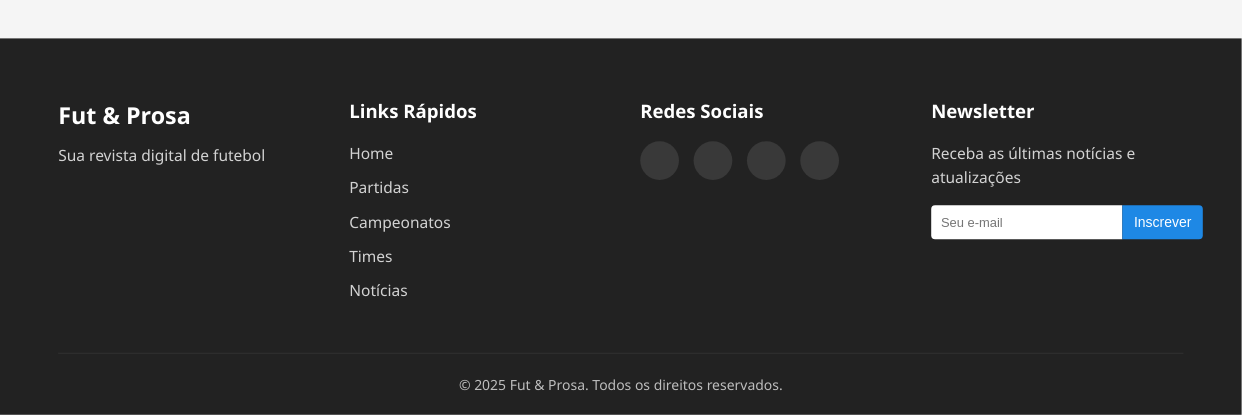
Repository: andreGattermeyer/noticias-futebol-angular
Page: / (app in projeto-fut/)
An editor plug-in stored every save of this project. The page is shown before and after a run of saves, followed by the edit.
The browser window is 1280 px wide. The pictures show the part of the page from y = 580 to 1561 px (the page is 1008 px tall before and 1561 px after), at 97% of full size.
Pictures or frames that could not be fetched are drawn as grey boxes. The project was rebuilt for these pictures with package versions that can differ from the ones it lists, and the page was loaded fresh each time. Also part of the build but not shown: projeto-fut/angular.json.

Above is the page before, as saved 2025-04-09 14:39:55.

After the next 5 saves:
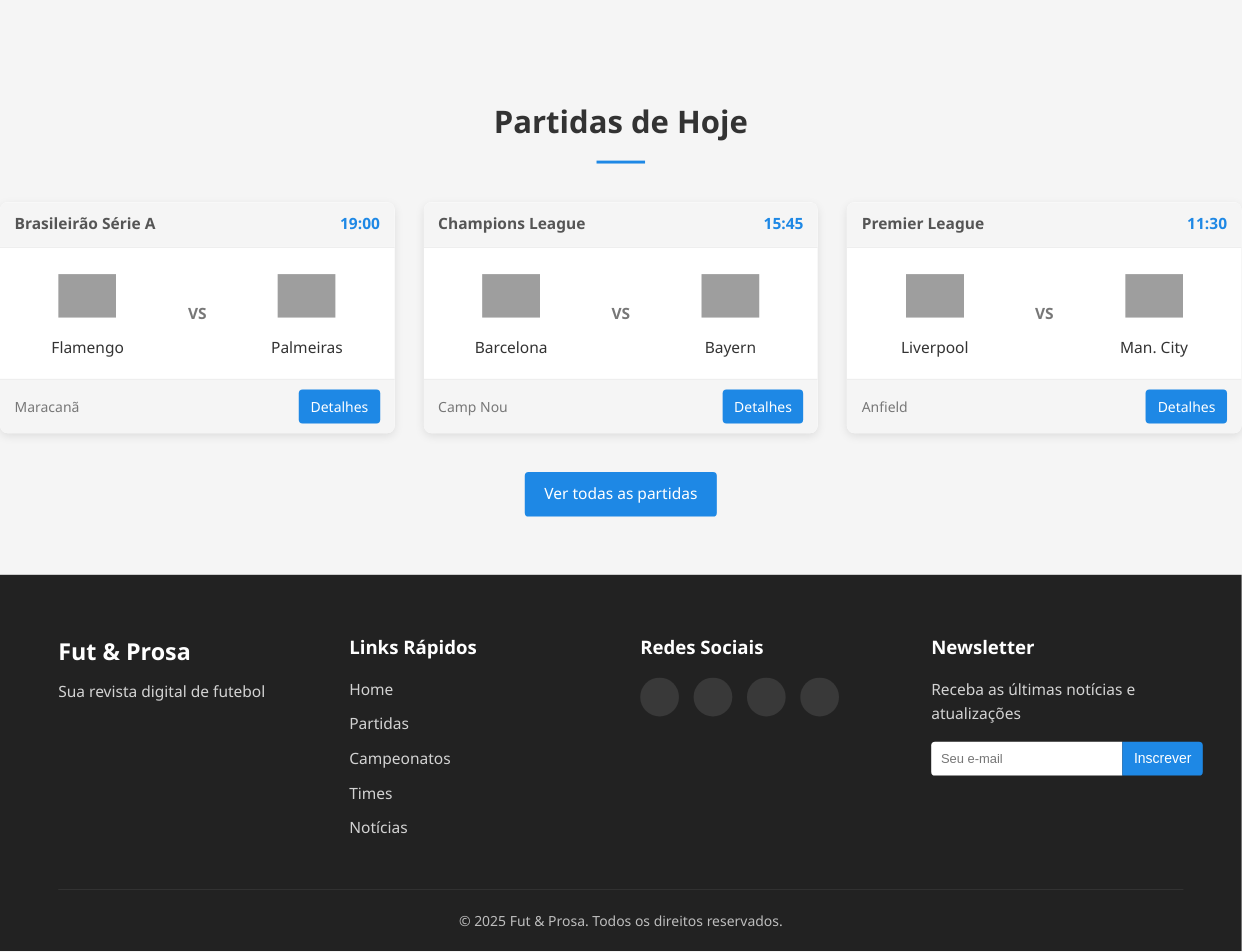
The 5 saves are shown as one change because 1 did not build or start and some came seconds apart.
The last was saved 39 s later.
--- a/projeto-fut/src/app/app.component.ts
+++ b/projeto-fut/src/app/app.component.ts
@@ -3,10 +3,11 @@
 import { HeaderComponent } from "./header/header.component";
 import { FooterComponent } from "./footer/footer.component";
 import { HeroComponent } from "./hero/hero.component";
+import { PartidasHojeComponent } from "./partidas-hoje/partidas-hoje.component";
 
 @Component({
   selector: 'app-root',
-  imports: [RouterOutlet, HeaderComponent, FooterComponent, HeroComponent],
+  imports: [RouterOutlet, HeaderComponent, FooterComponent, HeroComponent, PartidasHojeComponent],
   templateUrl: './app.component.html',
   styleUrl: './app.component.css'
 })
--- a/projeto-fut/src/app/app.component.html
+++ b/projeto-fut/src/app/app.component.html
@@ -4,6 +4,7 @@
 
 <app-header/>
 <app-hero/>
+<app-partidas-hoje/>
 
 <app-footer/>
 </router-outlet>
